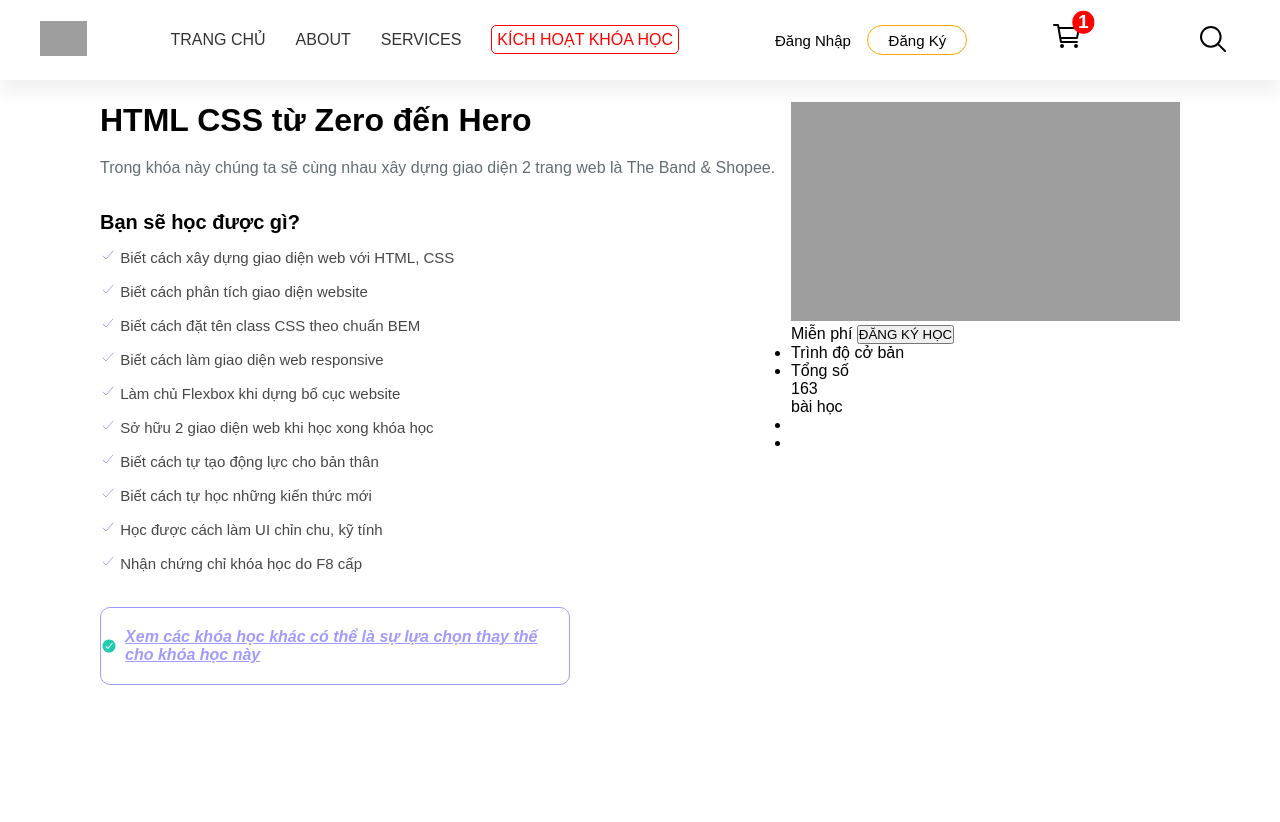
Repository: hoanghuuphuc/hoanghuuphuc
Page: details.html
The author's editor kept a copy of each file at every save. The page is drawn from the files as they stood at one save, then again after the next save.
The browser window is 1280 px wide. The pictures show the whole page.
Pictures or frames that could not be fetched are drawn as grey boxes.

Above is the page before, as saved 2022-12-11 22:08:38.
Console error: TypeError: Cannot read properties of null (reading 'addEventListener')

After the next save:
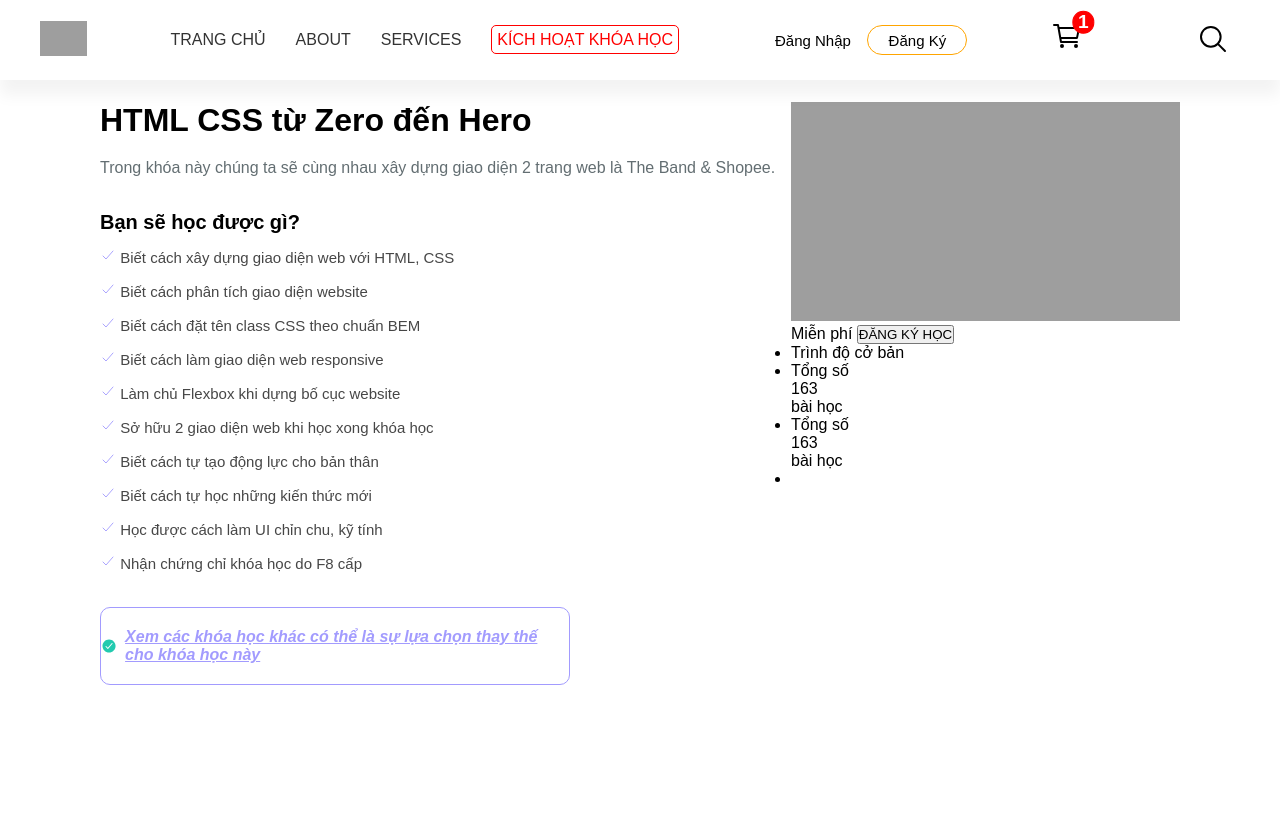
Saved 32 s later.
--- a/details.html
+++ b/details.html
@@ -134,7 +134,15 @@
                 bài học</span
               >
             </li>
-            <li><span></span></li>
+            <li>
+              <span
+                ><span
+                  >Tổng số
+                  <p>163</p>
+                  bài học</span
+                ></span
+              >
+            </li>
             <li><span></span></li>
           </ul>
         </div>
